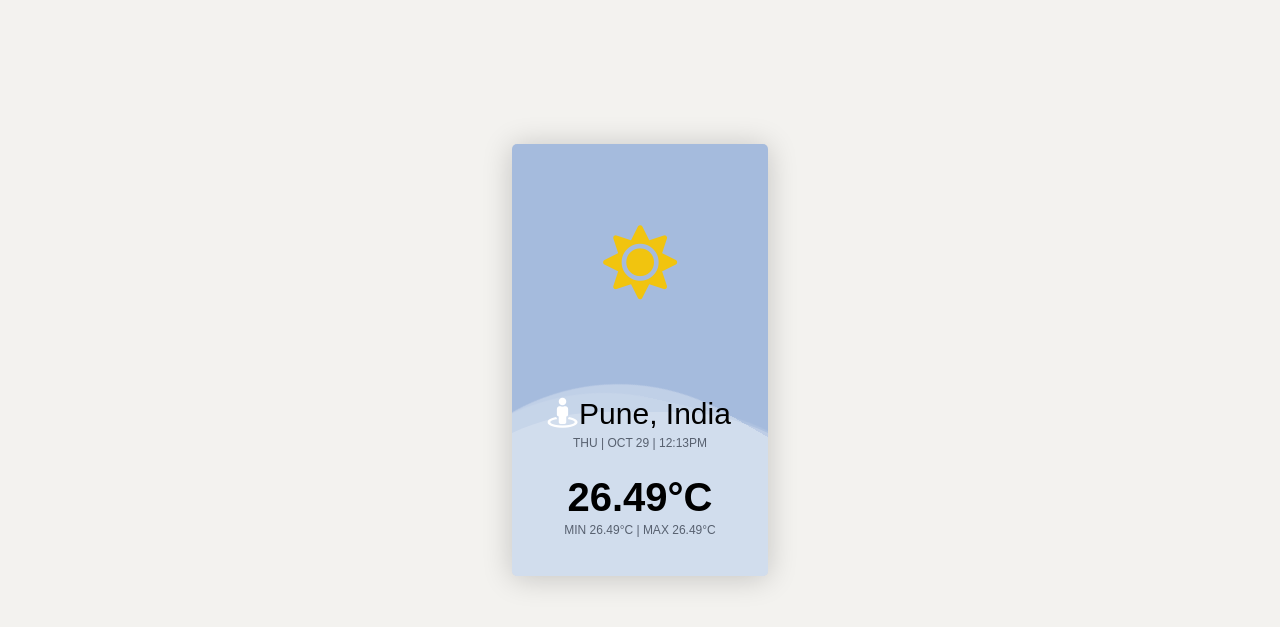
Repository: AalokJadhav/Weather_Website
Page: home.html
An editor plug-in stored every save of this project. The page is shown before and after the next save, followed by the edit.
The browser window is 1280 px wide. The pictures show the whole page.
Some web libraries are served in a nearby version.

Above is the page before, as saved 2020-10-29 13:10:15.

### home.html
<!DOCTYPE html>
<html lang="en">
<head>
    <meta charset="UTF-8">
    <meta name="viewport" content="width=device-width, initial-scale=1.0">
    <link rel="stylesheet" href="https://cdnjs.cloudflare.com/ajax/libs/font-awesome/5.10.0/css/all.min.css" integrity="sha512-PgQMlq+nqFLV4ylk1gwUOgm6CtIIXkKwaIHp/PAIWHzig/lKZSEGKEysh0TCVbHJXCLN7WetD8TFecIky75ZfQ==" crossorigin="anonymous" />
    <style>
        * {
          padding: 0;
          margin: 0;
          /* font-family: "Jost", sans-serif; */
          font-family: "Quicksand", sans-serif;
        }

        body {
          background: #f3f2ef;
          display: flex;
          justify-content: center;
          align-items: center;
          flex-wrap: wrap;
          height: 100vh;
          width: 100vw;
        }

        html,
        body {
          font-size: 62.5%;
          height: 100%;
        }

        html {
          background: #eee;
        }

        .box {
          width: 20vw;
          height: 60vh;
          border-radius: 0.5rem;
          box-shadow: 0 0.2rem 3rem rgba(0, 0, 0, 0.2);
          background: #a5bbdd;
          position: relative;
          overflow: hidden;
          transform: translate3d(0, 0, 0);
          min-width: 20rem;
          min-height: 35rem;
        }

        .wave {
          opacity: 0.3;
          position: absolute;
          top: 120%;
          left: 50%;
          background: white;
          width: 50rem;
          height: 50rem;
          margin-left: -25rem;
          margin-top: -25rem;
          transform-origin: 50% 48%;
          border-radius: 43%;
          animation: drift 3000ms infinite linear;
          z-index: 1;
        }

        .wave.-three {
          animation: drift 5000ms infinite linear;
          z-index: 2 !important;
          opacity: 0.2;
        }

        .wave.-two {
          animation: drift 7000ms infinite linear;
          opacity: 0.1;
          z-index: 3 !important;
        }

        .box:after {
          content: "";
          display: block;
          left: 0;
          top: 0;
          width: 100%;
          height: 100%;
          z-index: 11;
          transform: translate3d(0, 0, 0);
        }

        @keyframes drift {
          from {
            transform: rotate(0deg);
          }
          from {
            transform: rotate(360deg);
          }
        }
        .info {
          position: absolute;
          bottom: 0;
          width: 100%;
          height: 45%;
          z-index: 4;
        }

        .location {
          margin-top: 1.5rem;
          text-align: center;
          font-weight: 800;
          font-size: 3rem;
          font-weight: 500;
        }

        .fa-street-view {
          animation: rotates 3s linear infinite alternate;
        }

        @keyframes rotates {
          from {
            transform: translateX(-0.5rem);
          }
          to {
            transform: translateX(0.5rem);
          }
        }

        #date {
          text-align: center;
          margin-top: 0.5rem;
          color: #57606f;
          font-size: 1.2rem;
          font-weight: 300;
          text-transform: uppercase;
        }

        .temp {
          margin-top: 2.5rem;
          text-align: center;
          font-size: 4rem;
        }

        .tempmin_max {
          text-align: center;
          margin-top: 0.3rem;
          font-weight: 300;
          font-size: 1.2rem;
          color: #57606f;
        }

        #weathercon {
          height: 55%;
          display: flex;
          justify-content: center;
          align-items: center;
          font-size: 3em;
        }

        #weathercon .fas {
          font-size: 6rem;
          animation: fas-anime 3s linear infinite alternate;
        }

        @keyframes fas-anime {
          from {
            transform: scale(1.1);
          }
          to {
            transform: scale(1.5);
          }
        }

        @media (max-width: 600px) {
          .box {
            width: 90vw;
            height: 80vh;
          }

          .wave {
            top: 85%;
          }

          #weathercon {
            font-size: 5em;
          }

          .info {
            font-size: 1.5rem;
          }
        }
        @media (max-height: 500px) {
          .box {
            height: 80vh;
          }

          .wave {
            top: 115%;
          }
        }
        body > span {
          width: 100vw;
          text-align: center;
          color: grey;
        }
      </style>
    <title>Weather App</title>
</head>
<body>
    <div class ="box">
        <div class="wave -one"></div>
        <div class="wave -two"></div>
        <div class="wave -three"></div>

        <div id="weathercon">
            <i class="fas fa-sun" style="color: #f1c40f;"></i>
        </div>

        <div class="info">
            <h2 class="location"><i class="fas fa-street-view" style="color: #fff"></i>Pune, India</h2>
            <p id="date">THU | OCT 29 | 12:13PM</p>
            <h1 class="temp">26.49°C</h1>
            <h3 class="tempmin_max">MIN 26.49°C | MAX 26.49°C</h3>
        </div>
    </div>
</body>
</html>

After the next save:
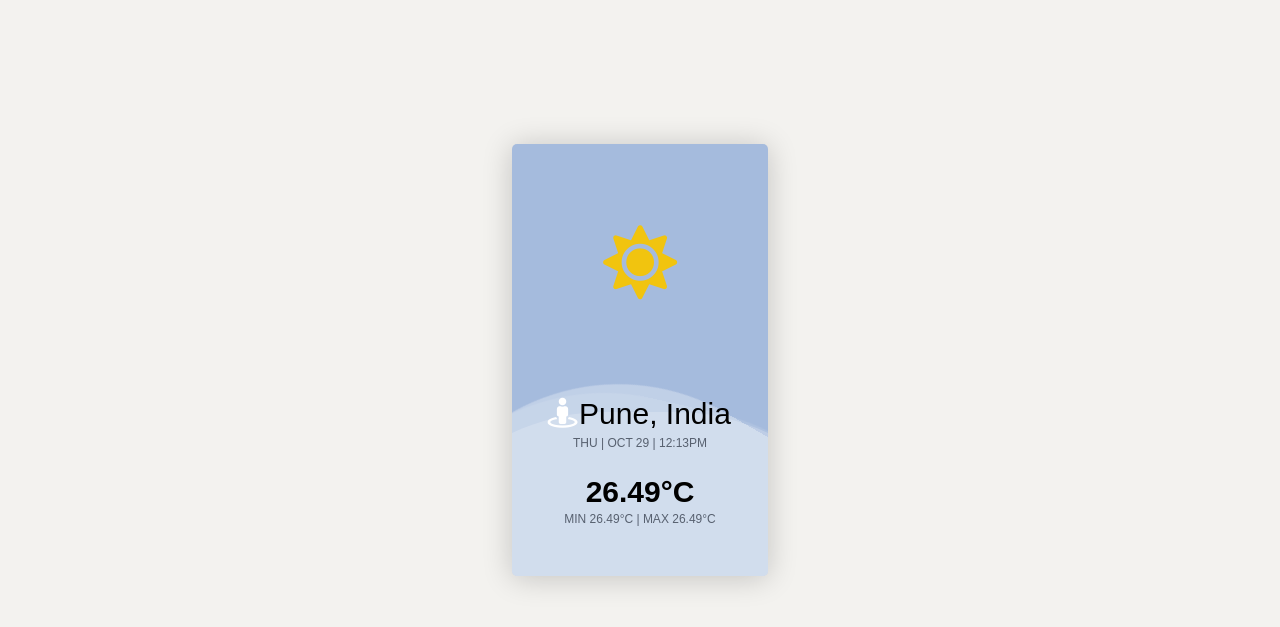
Saved 41 s later.
--- a/home.html
+++ b/home.html
@@ -133,7 +133,7 @@
         .temp {
           margin-top: 2.5rem;
           text-align: center;
-          font-size: 4rem;
+          font-size: 3rem;
         }
 
         .tempmin_max {
